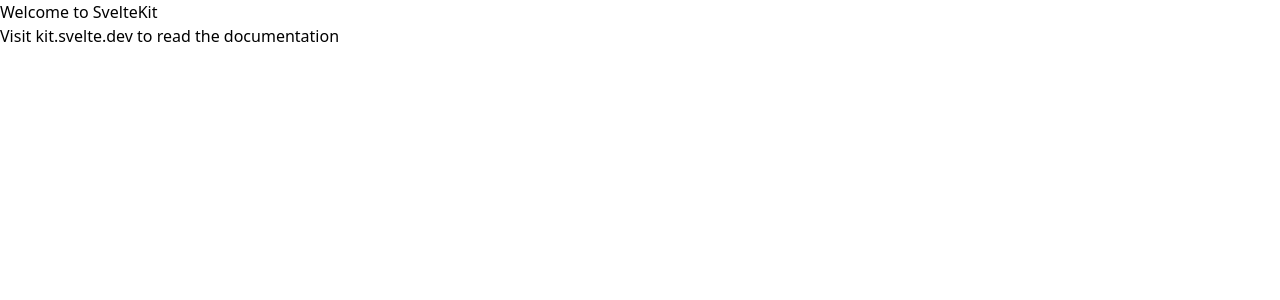
Repository: acostajoma/Portfolio-2.0
Page: /
These files come from the project's save history. The page is drawn as it stood at one moment and after the next save; the edit follows.
The browser window is 1280 px wide. The pictures show the whole page.
The project was rebuilt for these pictures with package versions that can differ from the ones it lists, and the page was loaded fresh each time. The framework's server and built-in components were replaced by stand-ins that run in the browser. Also part of the build but not shown: svelte.config.js, vite.config.js.

Above is the page before, as saved 2022-11-19 17:39:43.

After the next save:
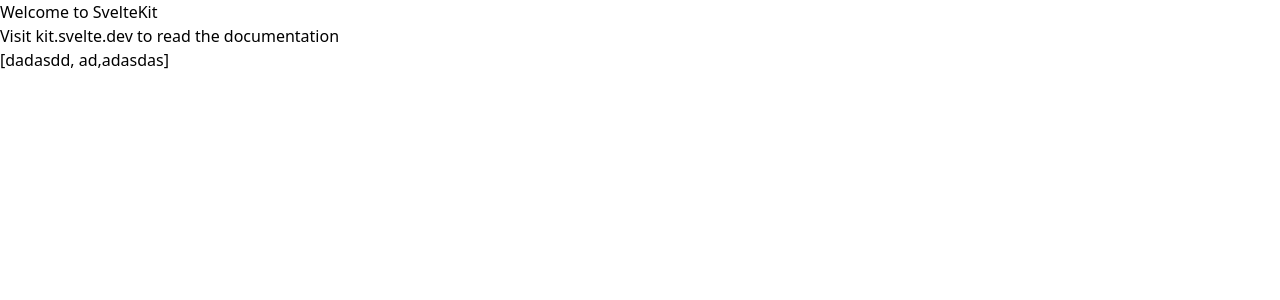
Saved 88 s later.
--- a/src/routes/+layout.svelte
+++ b/src/routes/+layout.svelte
@@ -3,3 +3,5 @@
 </script>
 
 <slot />
+
+[dadasdd, ad,adasdas]

After the save that followed:
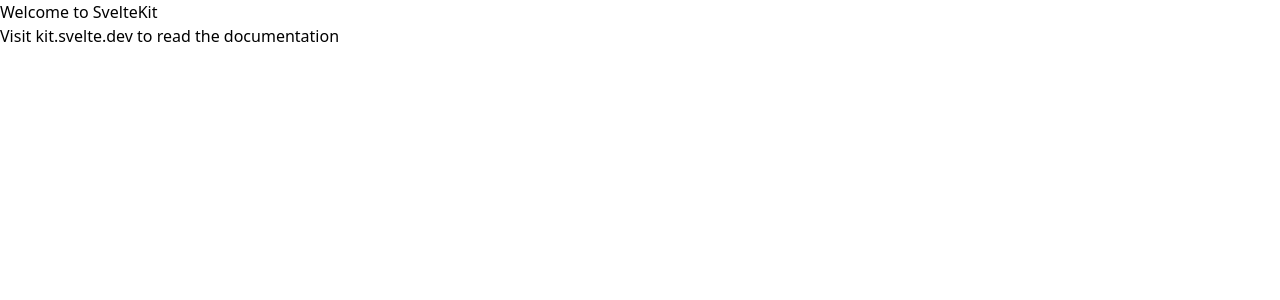
Saved 6 s later.
--- a/src/routes/+layout.svelte
+++ b/src/routes/+layout.svelte
@@ -3,5 +3,3 @@
 </script>
 
 <slot />
-
-[dadasdd, ad,adasdas]
